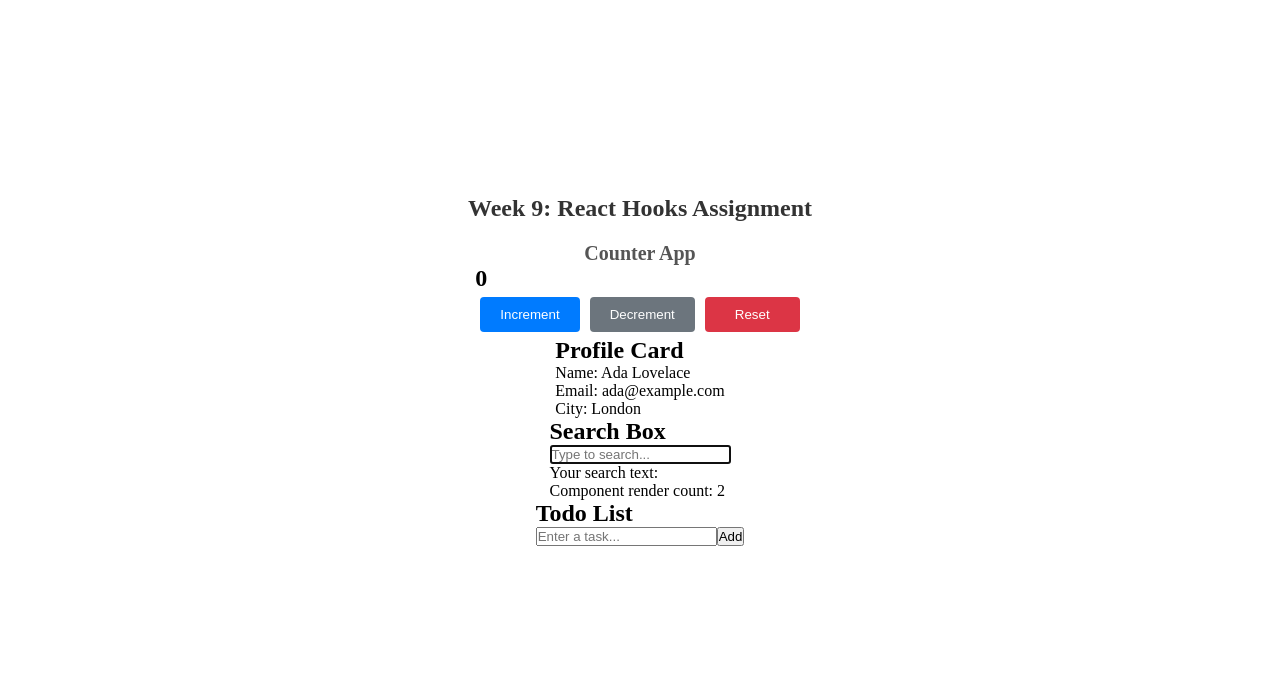
Repository: Daki-builds/REACT-HOOKS
Page: /
An editor plug-in stored every save of this project. The page is shown before and after the next save, followed by the edit.
The browser window is 1280 px wide. The pictures show the whole page.
The project was rebuilt for these pictures with package versions that can differ from the ones it lists, and the page was loaded fresh each time. Also part of the build but not shown: vite.config.js, src/index.css.

Above is the page before, as saved 2026-10-29 17:17:47.

### index.html
<!doctype html>
<html lang="en">
  <head>
    <meta charset="UTF-8" />
    <link rel="icon" type="image/svg+xml" href="/favicon.svg" />
    <meta name="viewport" content="width=device-width, initial-scale=1.0" />
    <title>week9-hooks-practice</title>
  </head>
  <body>
    <div id="root"></div>
    <script type="module" src="/src/main.jsx"></script>
  </body>
</html>

### src/App.jsx
import Counter from "./components/Counter";
import ProfileCard from "./components/ProfileCard";
import SearchBox from "./components/SearchBox";
import TodoList from "./components/TodoList";
import "./App.css";

function App() {
  return (
    <div className="app">
      <h1 className="app-title">Week 9: React Hooks Assignment</h1>
      <Counter />
      <ProfileCard />
      <SearchBox />
      <TodoList />
    </div>
  );
}

export default App;

### src/components/Counter.jsx
import React, { useState } from "react";

function CounterApp() {
  const [count, setCount] = useState(0);

  const increment = () => {
    setCount((Count) => Count + 1);
  };

  const decrement = () => {
    setCount((Count) => Count - 1);
  };

  const reset = () => {
    setCount(0);
  };

  return (
    <div>
      <h1 className="counter-title">Counter App</h1>
      <h2>{count}</h2>

      <div>
        <button onClick={increment} className="btn-primary">
          Increment
        </button>
        <button onClick={decrement} className=" btn-secondary">
          Decrement
        </button>
        <button onClick={reset} className="btn-danger">
          Reset
        </button>
      </div>
    </div>
  );
}

export default CounterApp;

### src/components/ProfileCard.jsx
import React, { useState, useEffect } from "react";

function ProfileCard() {
  const [profile, setProfile] = useState(null);
  const [loading, setLoading] = useState(true);

  useEffect(() => {
    const timer = setTimeout(() => {
      setProfile({
        name: "Ada Lovelace",
        email: "ada@example.com",
        city: "London",
      });
      setLoading(false);
    }, 2000);

    return () => {
      clearTimeout(timer);
    };
  }, []);

  if (loading) {
    return <div>Loading...</div>;
  }

  return (
    <div>
      <h2>Profile Card</h2>
      <p>Name: {profile.name}</p>
      <p>Email: {profile.email}</p>
      <p>City: {profile.city}</p>
    </div>
  );
}

export default ProfileCard;

### src/components/SearchBox.jsx
import React, { useState, useRef, useEffect } from "react";

function SearchBox() {
  const [text, setText] = useState("");

  const inputRef = useRef(null);

  const renderCount = useRef(0);

  renderCount.current = renderCount.current + 1;

  useEffect(() => {
    inputRef.current.focus();
  }, []);
  return (
    <div>
      <h2>Search Box</h2>

      <input
        ref={inputRef}
        type="text"
        placeholder="Type to search..."
        value={text}
        onChange={(e) => setText(e.target.value)}
      />

      <p>Your search text: {text}</p>
      <p>Component render count: {renderCount.current}</p>
    </div>
  );
}

export default SearchBox;

### src/components/TodoList.jsx
import React, { useState } from "react";

function TodoList() {
  const [todos, setTodos] = useState([]);
  const [inputValue, setInputValue] = useState("");
  const handleAddTodo = (e) => {
    e.preventDefault();
    if (inputValue.trim() === "") return;

    const newTodo = {
      id: Date.now(),
      text: inputValue,
    };

    setTodos([...todos, newTodo]);
    setInputValue("");
  };

  const handleDeleteTodo = (idToDelete) => {
    const updatedTodos = todos.filter((todo) => todo.id !== idToDelete);
    setTodos(updatedTodos);
  };

  return (
    <div>
      <h2 className="todo-title">Todo List</h2>

      <form onSubmit={handleAddTodo}>
        <input
          type="text"
          placeholder="Enter a task..."
          value={inputValue}
          onChange={(e) => setInputValue(e.target.value)}
        />
        <button type="submit">Add</button>
      </form>

      <ul>
        {todos.map((todo) => (
          <li key={todo.id}>
            <span>{todo.text}</span>
            <button onClick={() => handleDeleteTodo(todo.id)}>Delete</button>
          </li>
        ))}
      </ul>
    </div>
  );
}

export default TodoList;

### src/App.css
* {
  margin: 0;
  padding: 0;
}

.app {
  display: flex;
  flex-direction: column;
  align-items: center;
  justify-content: center;
  min-height: 100vh;
}

.app-title {
  text-align: center;
  margin-top: 20px;
  font-size: 24px;
  color: #333;
}
.counter-title {
  text-align: center;
  margin-top: 20px;
  font-size: 20px;
  color: #555;
}

.btn-primary {
  background-color: #007bff;
  color: white;
  border: none;
  border-radius: 4px;
  padding: 10px 20px;
  margin: 5px;
  cursor: pointer;
}

.btn-secondary {
  background-color: #6c757d;
  color: white;
  border: none;
  border-radius: 4px;
  padding: 10px 20px;
  margin: 5px;
  cursor: pointer;
}
.btn-danger {
  background-color: #dc3545;
  color: white;
  border: none;
  border-radius: 4px;
  padding: 10px 30px;
  margin: 5px;
  cursor: pointer;
}

Loaded but not shown: src/main.jsx (common file)

After the next save:
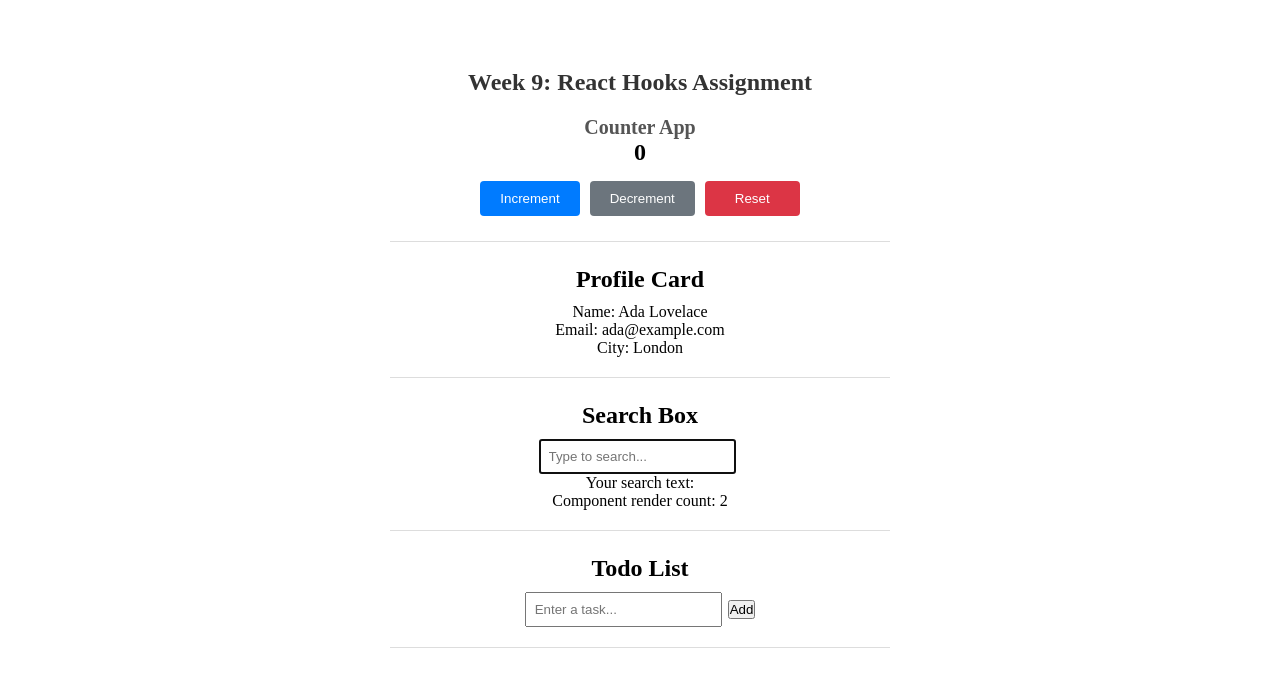
Saved 39 min 3 s later.
--- a/src/App.css
+++ b/src/App.css
@@ -52,3 +52,30 @@
   margin: 5px;
   cursor: pointer;
 }
+
+.app > div {
+  width: 100%;
+  max-width: 500px;
+  text-align: center;
+  margin-bottom: 24px;
+  padding-bottom: 20px;
+  border-bottom: 1px solid #ddd;
+}
+
+h2 {
+  margin-bottom: 10px;
+}
+
+input {
+  padding: 8px;
+  margin-right: 6px;
+}
+
+li {
+  list-style: none;
+  margin: 8px 0;
+}
+
+li button {
+  margin-left: 10px;
+}
